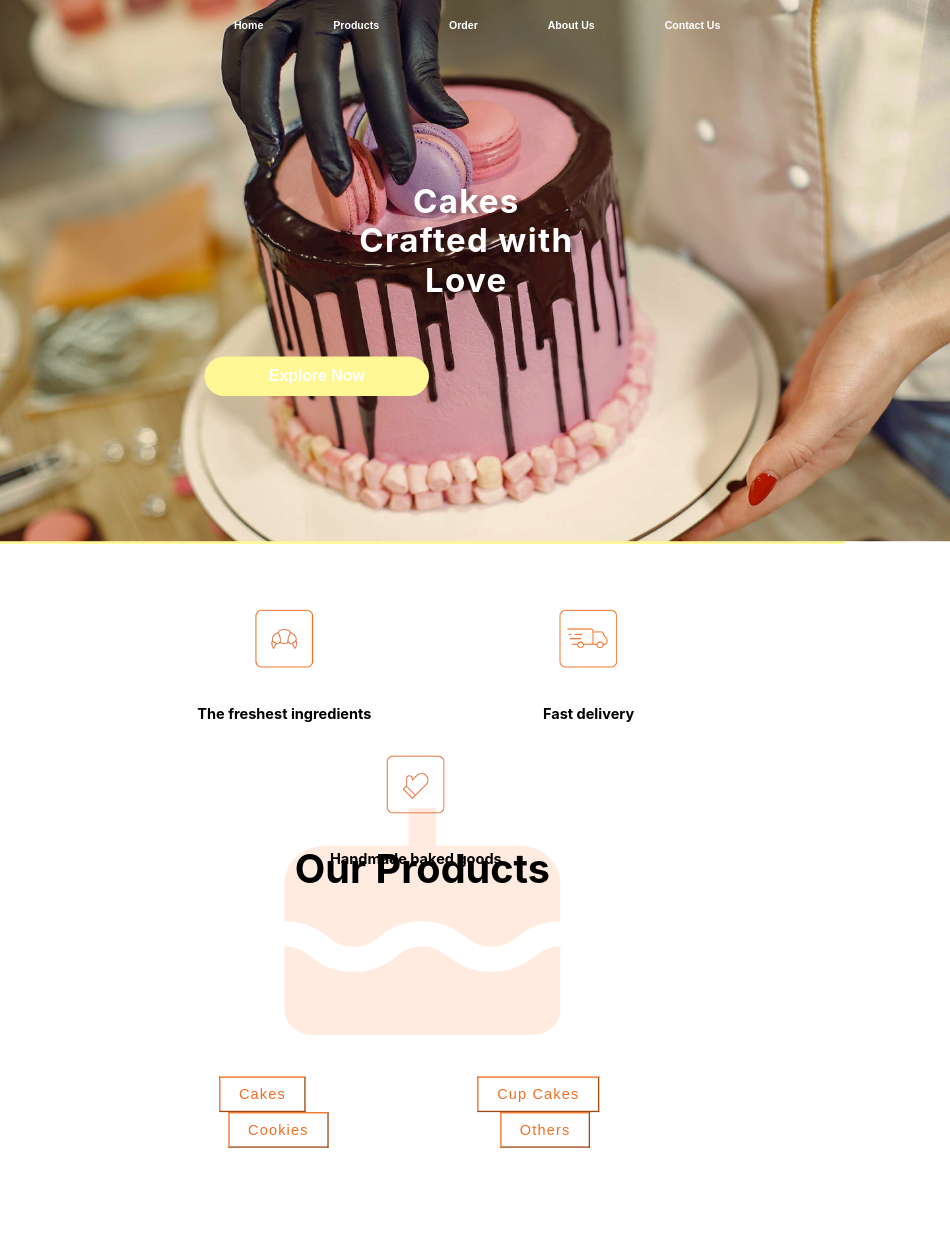
Repository: MEROO1010/cake-box
Page: /
These files come from the project's save history. The page is drawn as it stood at one moment and after the next save; the edit follows.
The browser window is 1280 px wide. The page is 1440 px wide, so the pictures cover 1440 px, including what lies to the right of the window. The pictures show the whole page, at 66% of full size.
The project was rebuilt for these pictures with package versions that can differ from the ones it lists, and the page was loaded fresh each time.

Above is the page before, as saved 2023-11-09 13:08:54.

### src/App.js
import './App.css';
import HomePage from './components/HomePage';
import Products from './components/Products';

function App() {
  return (
    <div className="App">
      <HomePage/>
      <Products/>
    </div>
  );
}

export default App;

### src/components/HomePage.jsx
import React from 'react';
import homePageImage from '../images/HomePage.png';
import logo from '../images/cake box.png'
import styled from 'styled-components';

const HomePage = () => {
  return (
    <Container>
      <IMAGE>
        <img src={homePageImage} alt='Home Page' />
      </IMAGE>

      {/*add the logo*/}
      <LOGO>
        <img src={logo} alt="logo design" />
      </LOGO>

      {/*Add the header*/}
      <ListWrapper>
      <ul>
        <ListItem>
          <ListLink href="#">Home</ListLink>
        </ListItem>
        <ListItem>
          <ListLink href="#">Products</ListLink>
        </ListItem>
        <ListItem>
          <ListLink href="#">Order</ListLink>
        </ListItem>
        <ListItem>
          <ListLink href="#">About Us</ListLink>
        </ListItem>
        <ListItem>
          <ListLink href="#">Contact Us</ListLink>
        </ListItem>
      </ul>
    </ListWrapper>


      {/*Add the h1*/}
      <MainTitle>
      <div>
        <h1>Cakes Crafted with Love</h1>
      </div>
      </MainTitle>

      {/*Add the Button*/}
      <ExploreNow>
        <button>Explore Now</button>
      </ExploreNow>
    </Container>
  );
};

export default HomePage;

const Container = styled.div`
`

const IMAGE = styled.div`
 max-width:100%;
 width: 100%;
 height: 100%;
 background-size: cover;
 background-position: center;
 background-repeat: no-repeat;
 background-color:#FEF794;
`

const LOGO = styled.div `
   position: absolute;
  top: 16px;
  right: 860px;
  padding-left:40px;
  width: 1015px;
  height: 519px;
  object-fit: cover;
`

const ListWrapper = styled.div`
  font-family: Arial, sans-serif;
  font-weight: bold;
  margin: 0;
  padding: 0;
  position: absolute;
  top: 0;
  left: 0;
  width: 100%;
`;

const ListItem = styled.li`
  list-style: none;
  display: inline-block;
  margin-right: 80px;
  padding-left:6px;
  top:14px;
  left:100px;
  position: relative;
`;

const ListLink = styled.a`
  text-decoration: none;
  color: #fff;
  padding: 5px 10px;


  &:hover {
    color: #FEF794;
  }
`;

const MainTitle = styled.div `
position: absolute;
  top: 240px;
  left: 533px;
  font-size: 25px;
  letter-spacing: 0.08em;
  font-weight: 800;
  color: #fff;
  display: inline-block;
  width: 347px;
  text-shadow: 9px 4px 4px rgba(0, 0, 0, 0.25);

`

const ExploreNow = styled.div`
  button{
    position: absolute;
    margin:500px 620px ;
    top:40px;
    right:10px;
    color:black;
    width:340px;
    height:60px;
    border-radius:40px;
    background-color:#FEF794;
    border:none;
    font-size:24px;
    font-weight:bold;
    color:white;
    cursor: pointer;
  }
`;

### src/components/Products.jsx
import React from 'react'
import styled from 'styled-components';
import CAKEVECTOR from '../images/cake_vector.png'
import CROISSANT from '../images/croissant.png'
import CAR from '../images/car.png'
import GLAVES from '../images/glaves.png'



const Products = () => {
  return (
    <Container>
      <CakeVector>
         <img src={CAKEVECTOR} alt=''/>
         <h1>Our Products</h1>
      </CakeVector>

      <FirstList>
        <ul>
            <li>
                <img src={CROISSANT} alt=''/>
                <h6>The freshest ingredients</h6>
            </li>

            <li>
                <img src={CAR} alt=''/>
                <h6>Fast delivery</h6>
            </li>

            <li>
                <img src={GLAVES} alt=''/>
                <h6>Handmade baked goods</h6>
            </li>
        </ul>
      </FirstList>

      <SecondList>
          <ul>
            <li><button>Cakes</button></li>
            <li><button>Cup Cakes</button></li>
            <li><button>Cookies</button></li>
            <li><button>Others</button></li>
          </ul>
      </SecondList>
    </Container>
  )
}

export default Products;


const Container = styled.div`
`

const CakeVector = styled.div`
  img{
    position: relative;
    top: 400px;
  }

  h1{
    position: relative;
    font-size:60px;
    top:68px;
  }

`

const FirstList = styled.div `
  li{
    position:relative;
    list-style: none;
  display: inline-block;
  margin-left:60px;
  padding-left:200px;
  right:160px;
  bottom:400px;
  }

  h6{
    font-size:22px;
  }
`

const SecondList =styled.div `
  li{
    position:relative;
    list-style: none;
  display: inline-block;
  margin-left:60px;
  padding-left:200px;
  right:160px;
  bottom:400px;
  }

  button{
    position: relative;
  top: 250px;
  right: 10px;
  font-size: 22px;
  letter-spacing: 0.08em;
  font-weight: 500;
  color: #F26E22;
  background-color: white;
  border-color:#F26E22;
  padding: 12px 28px;
  }
`

Loaded but not shown: public/index.html (common file); src/index.js (common file); src/index.css (common file); src/App.css (common file)

After the next save:
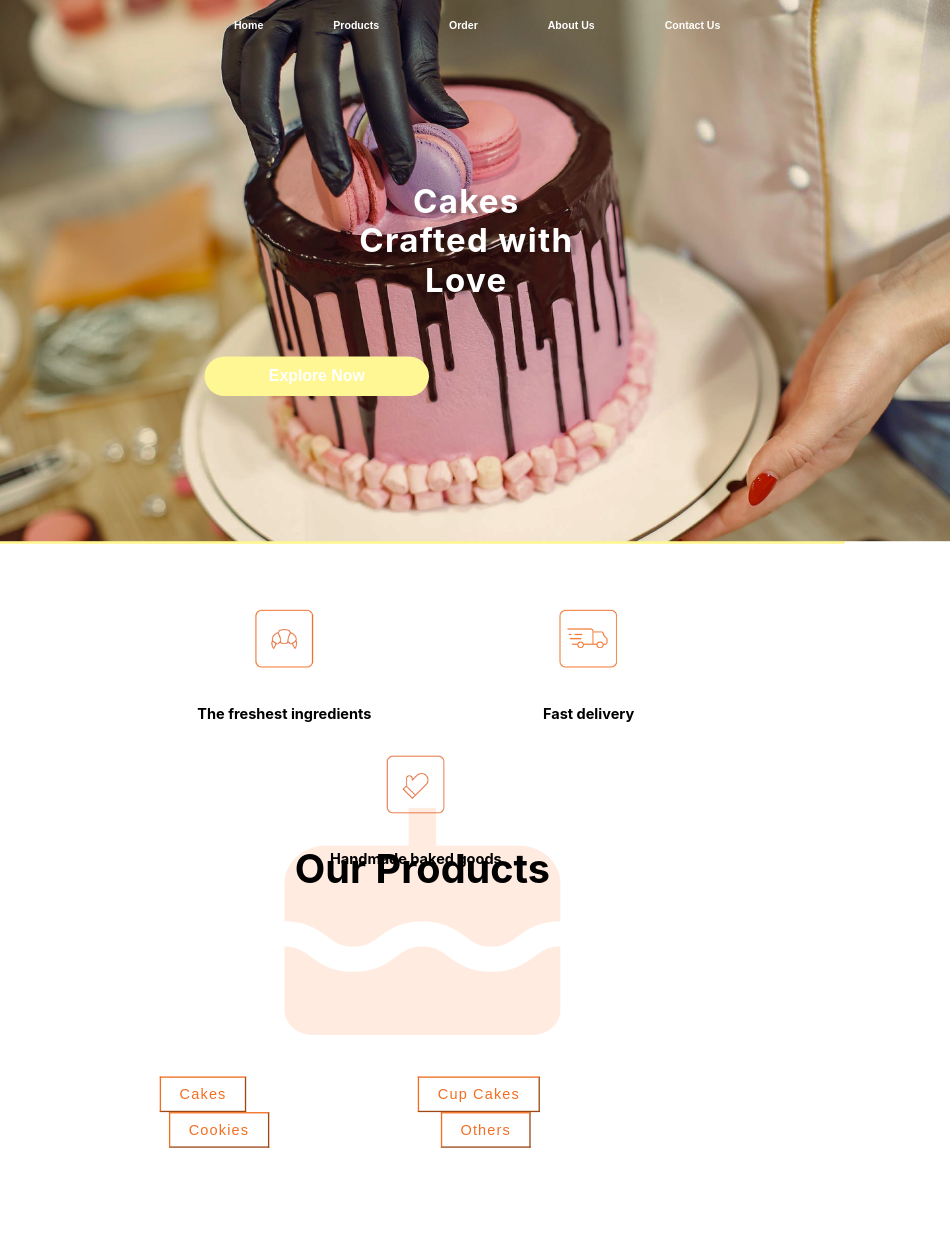
Saved 13 s later.
--- a/src/components/Products.jsx
+++ b/src/components/Products.jsx
@@ -96,7 +96,7 @@
   button{
     position: relative;
   top: 250px;
-  right: 10px;
+  right: 100px;
   font-size: 22px;
   letter-spacing: 0.08em;
   font-weight: 500;
